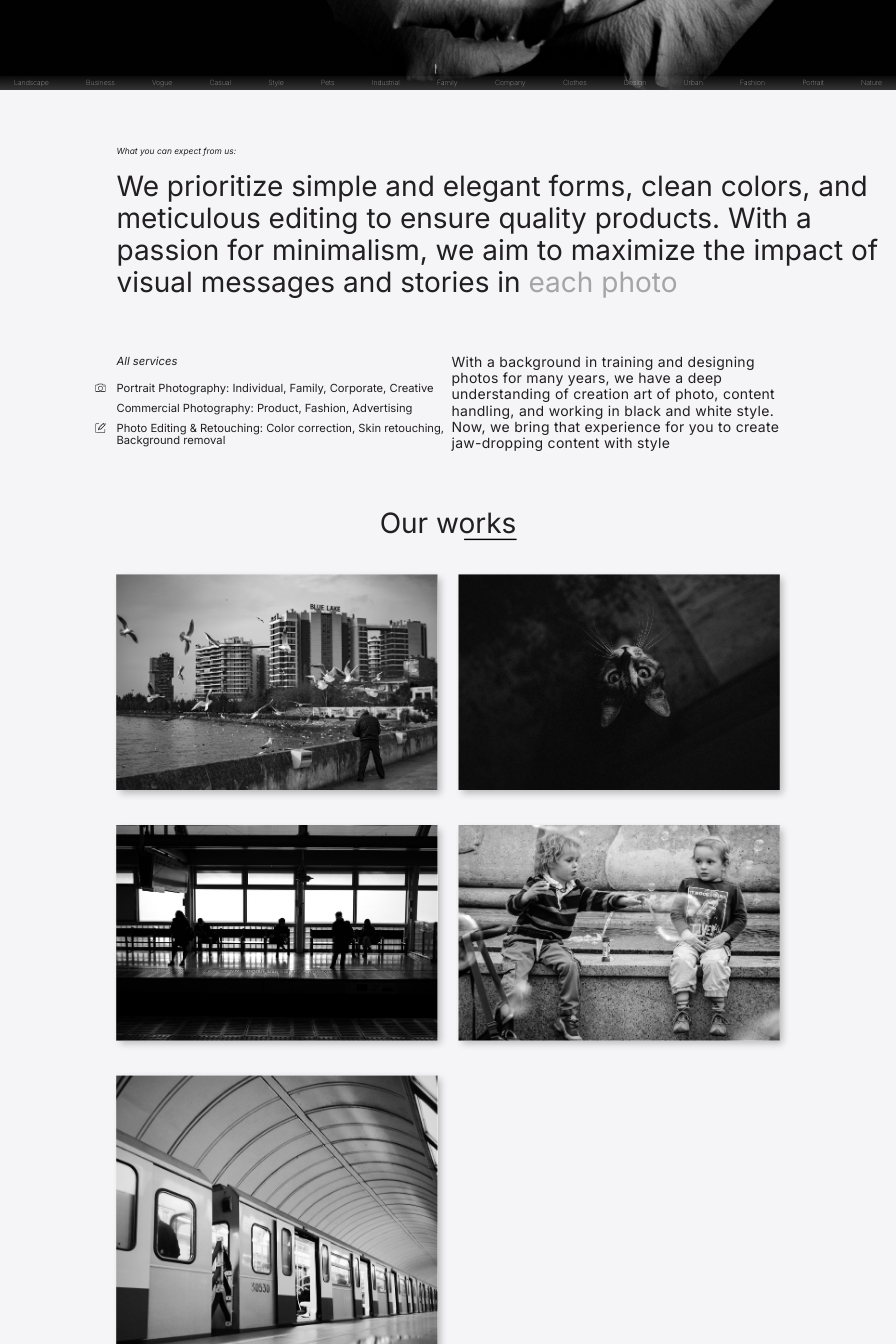
Repository: Wander1ay/Monovision_Studio
Page: src/index.html
An editor plug-in stored every save of this project. The page is shown before and after the next save, followed by the edit.
The browser window is 1280 px wide. The pictures show the part of the page from y = 591 to 2511 px (the page is 4107 px tall before and 4153 px after), at 70% of full size.

Above is the page before, as saved 2025-04-05 16:42:17.

### src/index.html
<!DOCTYPE html>
<html lang="en">
<head>
    <meta charset="UTF-8">
    <meta name="viewport" content="width=device-width, initial-scale=1.0">
    <title>Monovision Studio</title>

    <link
        href="https://fonts.googleapis.com/css2?family=Inter:ital,opsz,wght@0,14..32,100..900;1,14..32,100..900&display=swap"
        rel="stylesheet">
    <link rel="stylesheet" href="css/modern-normalize.min.css">
    <link rel="stylesheet" href="css/style.css">
</head>
<body>
    <main>
        <section class="promo">
            <div class="container">
                <h1 class="promo__title">Monovision Studio</h1>
                <h2 class="promo_subtitle">Want some style on your photos?</h2>
                <a href="#" class="btn">Portfolio</a>
                <div class="promo__adress">
                    Location:
                    <address>Everton Park, Block 2, Singapore 081002</address>
                    <a href="tel:+6569964725">+6569964725</a>
                </div>
            </div>
            <ul class="keywords">
                <li>Landscape</li>
                <li>Business</li>
                <li>Vogue</li>
                <li>Casual</li>
                <li>Style</li>
                <li>Pets</li>
                <li>Industrial</li>
                <li>Family</li>
                <li>Company</li>
                <li>Clothes</li>
                <li>Design</li>
                <li>Urban</li>
                <li>Fashion</li>
                <li>Portrait</li>
                <li>Nature</li>
            </ul>
        </section>

        <section class="about">
            <div class="container">
                <h2 class="about__title">What you can expect from us:</h2>
                <p class="about__text">We prioritize simple and elegant forms, clean colors, and meticulous editing to ensure quality
                    products. With a passion
                    for minimalism, we aim to maximize the impact of visual messages and stories in <span>each photo</span></p>
                <div class="servisces">
                    <div class="servisces__items">
                        <div class="services__item-subtitle">All services</div>
                        <ul>
                            <li>Portrait Photography: Individual, Family, Corporate, Creative</li>
                            <li>Commercial Photography: Product, Fashion, Advertising</li>
                            <li>Photo Editing & Retouching: Color correction, Skin retouching, Background removal</li>
                        </ul>
                    </div>
                    <p class="services__text">
                        With a background in training and designing photos for many years, we have a deep understanding of creation art
                        of
                        photo, content handling, and working in black and white style. <br>
                        Now, we bring that experience for you to create jaw-dropping content with style
                    </p>
                </div>
            </div>
        </section>

        <section class="works">
            <div class="container">
                <h2 class="title"><span>Our works</span></h2>
                <div class="works__grid">
                    <img src="img/works/bridge.jpg" alt="bridge">
                    <img src="img/works/cat.jpg" alt="cat">
                    <img src="img/works/train.jpg" alt="train">
                    <img src="img/works/children.jpg" alt="children">
                    <img src="img/works/underground.jpg" alt="underground">
                </div>
            </div>
        </section>

        <section class="inspiration">
            <div class="container">
                <h2 class="title"><span>Our inspiration</span></h2>
                <div class="inspiration__grid">
                    <img src="img/inspiration/man.jpg" alt="man">
                    <img src="img/inspiration/cat.jpg" alt="cat">
                    <img src="img/inspiration/horses.jpg" alt="horses">
                    <img src="img/inspiration/bridge.jpg" alt="bridge">
                    <img id="sky" src="img/inspiration/sky.jpg" alt="sky">
                    <img id="tenement" src="img/inspiration/tenement.jpg" alt="tenement">
                </div>
             </div>
        </section>

        <section class="customers">
            <div class="container">
                <h2 class="title"><span>Our inspiration</span></h2>
                <div class="customers__wrapper">
                    <img src="logo/logo-first-alliances.jpg" alt="first-alliances">
                    <img src="logo/logo-growell.jpg" alt="growel">
                    <img src="logo/logo-iec-winter-wolf.jpg" alt="iec-winter-wolf">
                </div>
            </div>
        </section>
        <footer class="footer">
            <ul class="footer__social">
                    <li>
                        <a href="#" class="footer__link">
                            <img src="icons/facebook.svg" alt="facebook">
                        </a>
                    </li>
                    <li>
                        <a href="#" class="footer__link">
                            <img src="icons/tg.svg" alt="tg">
                        </a>
                    </li>
                                    <li>
                        <a href="#" class="footer__link">
                            <img src="icons/whatsapp.svg" alt="whatsapp">
                        </a>
                    </li>
            </ul>
            <address class="footer__addr">
                Everton Park, Block 2, Singapore 081002
            </address>
            <a class="footer__tel" href="tel:+6569964725">+6569964725</a>
        </footer>
    </main>
</body>
</html>

### src/css/modern-normalize.min.css
/**
 * Minified by jsDelivr using clean-css v5.3.3.
 * Original file: /npm/modern-normalize@3.0.1/modern-normalize.css
 *
 * Do NOT use SRI with dynamically generated files! More information: https://www.jsdelivr.com/using-sri-with-dynamic-files
 */
/*! modern-normalize v3.0.1 | MIT License | https://github.com/sindresorhus/modern-normalize */
*,::after,::before{box-sizing:border-box}html{font-family:system-ui,'Segoe UI',Roboto,Helvetica,Arial,sans-serif,'Apple Color Emoji','Segoe UI Emoji';line-height:1.15;-webkit-text-size-adjust:100%;tab-size:4}body{margin:0}b,strong{font-weight:bolder}code,kbd,pre,samp{font-family:ui-monospace,SFMono-Regular,Consolas,'Liberation Mono',Menlo,monospace;font-size:1em}small{font-size:80%}sub,sup{font-size:75%;line-height:0;position:relative;vertical-align:baseline}sub{bottom:-.25em}sup{top:-.5em}table{border-color:currentcolor}button,input,optgroup,select,textarea{font-family:inherit;font-size:100%;line-height:1.15;margin:0}[type=button],[type=reset],[type=submit],button{-webkit-appearance:button}legend{padding:0}progress{vertical-align:baseline}::-webkit-inner-spin-button,::-webkit-outer-spin-button{height:auto}[type=search]{-webkit-appearance:textfield;outline-offset:-2px}::-webkit-search-decoration{-webkit-appearance:none}::-webkit-file-upload-button{-webkit-appearance:button;font:inherit}summary{display:list-item}
/*# sourceMappingURL=/sm/d2d8cd206fb9f42f071e97460f3ad9c875edb5e7a4b10f900a83cdf8401c53a9.map */

### src/css/style.css
h1,
h2,
h3,
h4,
h5,
figure,
p,
ol,
ul {
    margin: 0;
}

ol[role="list"],
ul[role="list"] {
    list-style: none;
    padding-inline: 0;
}

h1,
h2,
h3,
h4,
h5 {
    font-size: inherit;
    font-weight: inherit;
}

img {
    display: block;
    max-inline-size: 100%;
}

:root {
    --light-color: #F5F5F7;
    --dark-color: #221F20;
    --container-padding-inline: 13%;
    --footer-padding-inline: 10%;
}

html {
    font-family: "Inter", sans-serif;
}

.container {
    padding: 0 var(--container-padding-inline);
}

.title {
    text-align: center;
    font-weight: 400;
    font-size: 40px;
    color: var(--dark-color);
    span {
        position: relative;
    }
    span::after {
        content: '';
        position: absolute;
        bottom: 0;
        right: 0;
        display: block;
        background-color: black;
        width: 75px;
        height: 2px;
    }
}

.promo {
    position: relative;
    min-height: 100vh;
    background: url('../img/main_bg.jpeg') center center / cover no-repeat;
    padding-top: 75px;
}

.promo__title {
    font-weight: 400;
    font-size: 60px;
    text-transform: uppercase;
    color: var(--light-color);
}

.promo_subtitle {
    font-weight: 100;
    font-size: 32px;
    color: var(--light-color);
    padding-top: 124px;
}

.btn {
    display: flex;
    justify-content: center;
    align-items: center;
    text-decoration: none;
    margin-top: 20px;
    padding: 3px 10px;
    width: 160px;
    min-height: 38px;
    border: 1px solid var(--light-color);
    background: rgba(217, 217, 217, 0);
    color: var(--light-color);
    font-weight: 100;
    font-size: 16px;
    cursor: pointer;
    transition: all 0.3s ease-out;
}

.btn:hover {
    font-weight: 500;
    font-size: 16px;
    box-shadow: 5px 5px 10px 0 rgba(255, 255, 255, 0.62);
}

.promo__adress {
    position: relative;
    margin-top: 100px;
    font-weight: 100;
    font-size: 16px;
    color: var(--light-color);
    address {
        font-style: normal;
    }
    a {
        color: inherit;
        text-decoration: none;
    }
    &::before {
        position: absolute;
        left: -45px;
        top: -17px;
        content: '';
        display: block;
        width: 49px;
        height: 49px;
        background: url(../icons/arrow.svg) center center / cover no-repeat
    }
}

.keywords {
    display: flex;
    justify-content: space-between;
    align-items: center;
    width: 100%;
    height: 20px;
    position: absolute;
    bottom: 0;
    font-weight: 100;
    font-size: 10px;
    color: var(--light-color);
    background: linear-gradient(180deg, rgba(255, 255, 255, 0.04) 0%, rgba(255, 255, 255, 0.12) 50%, rgba(255, 255, 255, 0.2) 100%);
    padding: 0 360px;
    li {
        list-style-type: none;
    }
    @media screen and (max-width: 1440px) {
        padding: 0 20px;

    }
}

.about {
    padding-top: 80px;
    background-color: var(--light-color);
}

.about__title {
    font-style: italic;
    font-weight: 400;
    font-size: 12px;
    color: var(--dark-color);
}

.about__text {
    width: 1100px;
    margin-top: 20px;
    font-weight: 400;
    font-size: 40px;
    color: var(--dark-color);
    span {
        color: #a5a5a5;
    }
}

.servisces {
    margin-top: 80px;
    display: flex;
    column-gap: 10px;
}

.servisces__items {
    width: 50%;
    ul {
        margin-top: 20px;
        padding: 0;
    }
    li {
        position: relative;
        margin-top: 10px;
        list-style-type: none;
        font-weight: 400;
        font-size: 16px;
        color: var(--dark-color);
        &:first-child::before {
                content: '';
                display: block;
                position: absolute;
                left: -30px;
                top: 2px;
                width: 15px;
                height: 15px;
                background: url('../icons/camera.svg') center center / cover no-repeat
            }
        &:nth-child(3)::before {
            content: '';
            display: block;
            position: absolute;
            left: -30px;
            top: 2px;
            width: 15px;
            height: 15px;
            background: url('../icons/edit.svg') center center / cover no-repeat;
        }
    }
}

.services__item-subtitle {
    font-style: italic;
    font-weight: 400;
    font-size: 16px;
    color: var(--dark-color);
}

.services__text {
    width: 50%;
    font-weight: 400;
    font-size: 20px;
    letter-spacing: 0.02em;
    color: var(--dark-color);
}

.works {
    padding-top: 80px;
    background-color: var(--light-color);
}

.works__grid {
    display: grid;
    margin-top: 50px;
    grid-template-columns: repeat(2, 1fr);
    grid-template-rows: repeat(2, 1fr) 1.5fr;
    column-gap: 30px;
    row-gap: 50px;
    img {
        width: 100%;
        height: 100%;
        object-fit: cover;
        box-shadow: 5px 5px 10px 0 rgba(0, 0, 0, 0.25);
    }

}

.inspiration {
    padding-top: 80px;
    background-color: var(--light-color);
}


.inspiration__grid {
        display: grid;
        grid-template-columns: repeat(4, 1fr);
        grid-template-rows:  repeat(2, 1fr);
        gap: 30px;
        margin-top: 50px;
        img {
                width: 100%;
                box-shadow: 5px 5px 10px 0px rgba(0, 0, 0, 0.25);
            }
}

#tenement {
    grid-row: 1/3;
    grid-column: 4/5;
}

#sky {
    grid-column: 2/4;
}

.customers {
    background-color: var(--light-color);
    padding: 80px 0 100px 0;
}

.customers__wrapper {
    margin-top: 50px;
    display: flex;
    flex-wrap: wrap;
    gap: 30px;
    img {
        width: calc(100% - 90px) / 4;
        box-shadow: 7px 7px 12px 0 rgba(0, 0, 0, 0.25);
    }
}

.footer {
    display: flex;
    justify-content: space-around;
    align-items: center;
    padding: 88px var(--footer-padding-inline);
    background: black;
    font-weight: 400;
    font-size: 20px;
    color: var(--light-color);
}

.footer__addr {
    font-style: normal;
}

.footer__tel {
    color: var(--light-color);
    text-decoration: none;
}

.footer__social {
    padding-left: 0;
    display: flex;
    gap: 30px;
    list-style-type: none;
    li {
        justify-content: center;
        align-items: center;
        display: flex;
        width: 32px;
        height: 32px;
        background: rgba(217, 217, 217, 0);
        border: 1px solid var(--light-color);
        img {
            width: 22px;
            height: 22px;
        }
    }
}

After the next save:
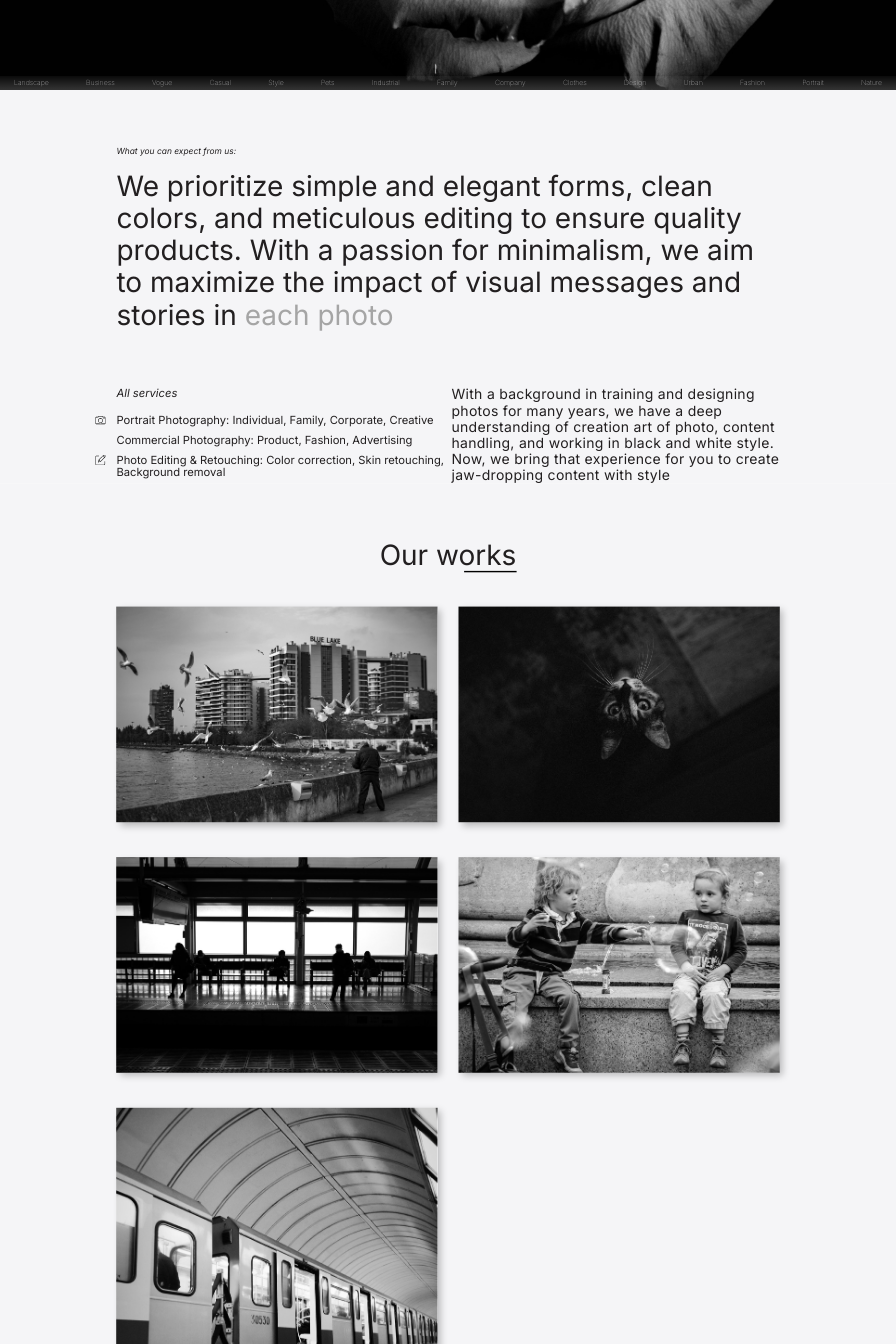
Saved 4 min 25 s later.
--- a/src/css/style.css
+++ b/src/css/style.css
@@ -177,6 +177,9 @@
     color: var(--dark-color);
     span {
         color: #a5a5a5;
+    }
+    @media screen and (max-width: 1440px) {
+        width: 100%;
     }
 }
 
